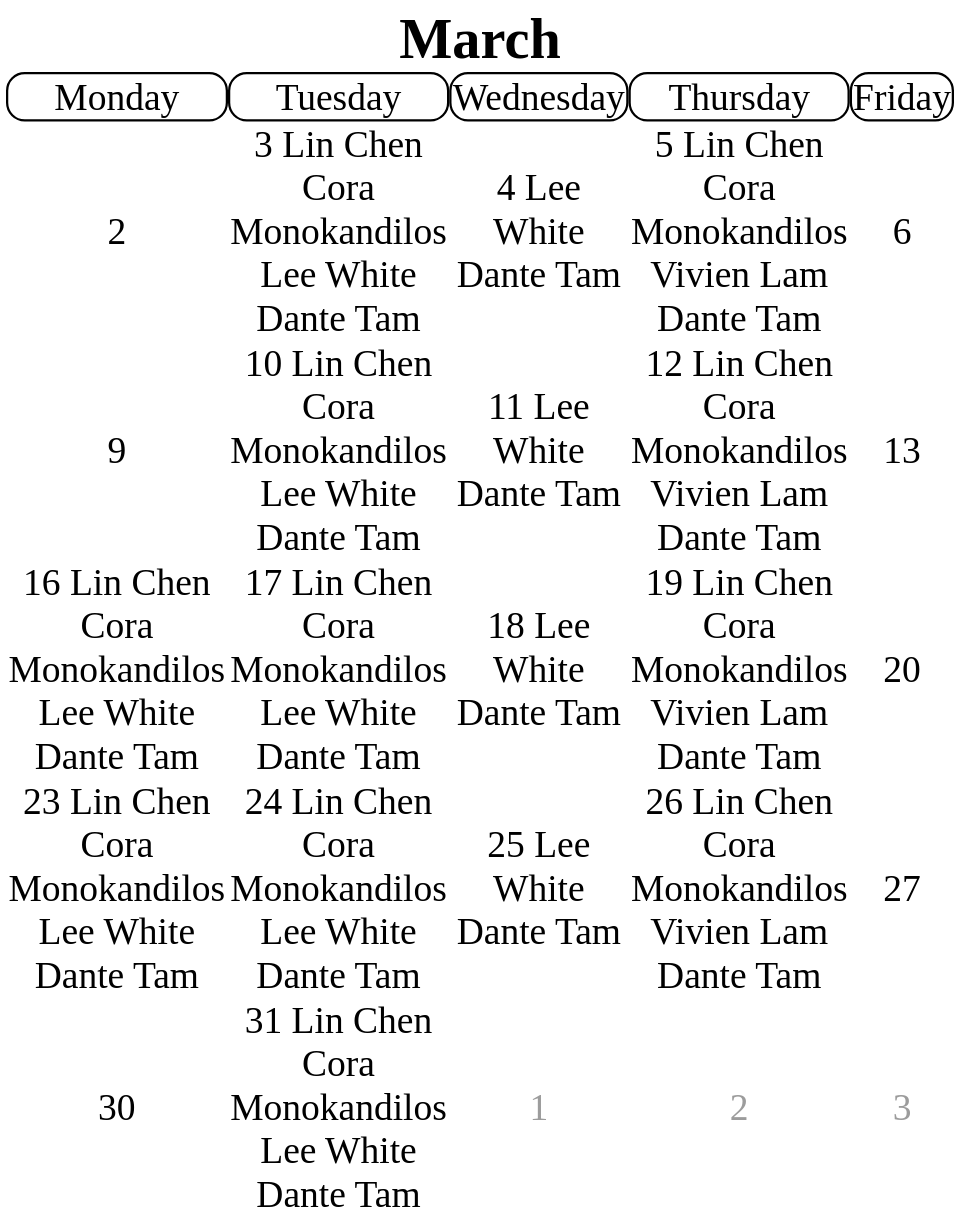
Repository: shleewhite/missionBitCalendar
Page: views/mar.html
The author's editor kept a record of every edit. The page is drawn from the files as they stood at one moment, then again after the next edit.
The browser window is 1280 px wide. The pictures show the whole page, at 75% of full size.

Above is the page before.

After the next edit:
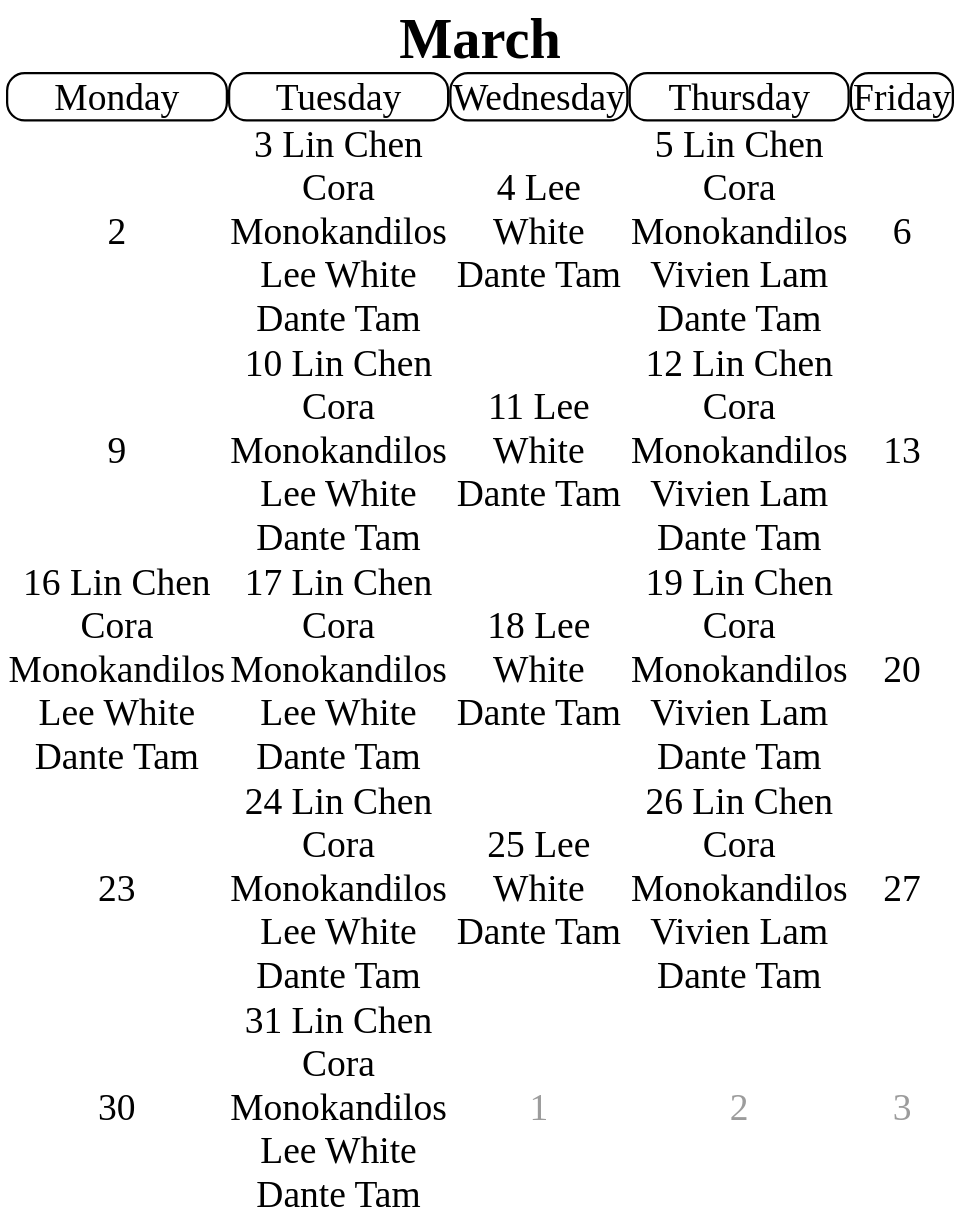
The edit:
--- a/views/mar.html
+++ b/views/mar.html
@@ -34,7 +34,7 @@
                 <td>20</td>
             </tr>
             <tr>
-                <td>23 Lin Chen<br>Cora Monokandilos<br>Lee White<br>Dante Tam</td>
+                <td>23</td>
                 <td>24 Lin Chen<br>Cora Monokandilos<br>Lee White<br>Dante Tam</td>
                 <td>25 Lee White<br>Dante Tam</td>
                 <td>26 Lin Chen<br>Cora Monokandilos<br>Vivien Lam<br>Dante Tam</td>
